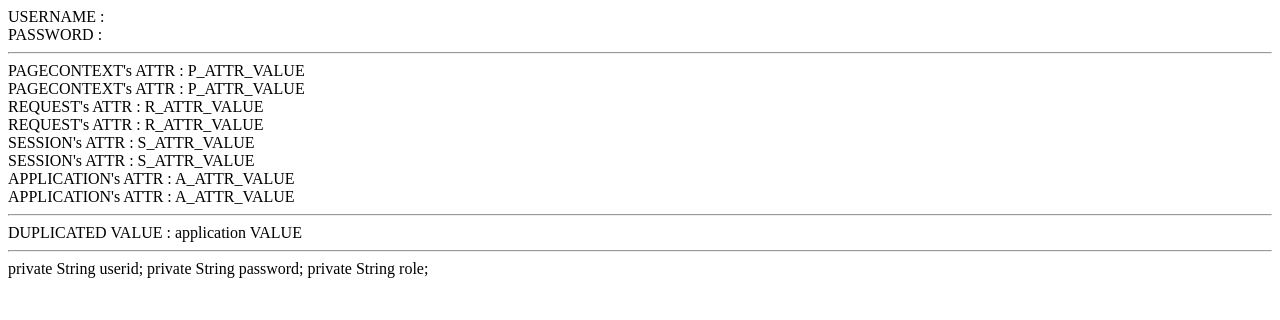
Repository: Leehj9094/JAVA_BOOK-
Page: http://localhost/01JSP/C08/01EL/result.jsp
An editor plug-in stored every save of this project. The page is shown before and after the next save, followed by the edit.
The browser window is 1280 px wide. The pictures show the whole page.
The page is served by Tomcat 9.

Above is the page before, as saved 2025-04-04 02:40:11.

After the next save:
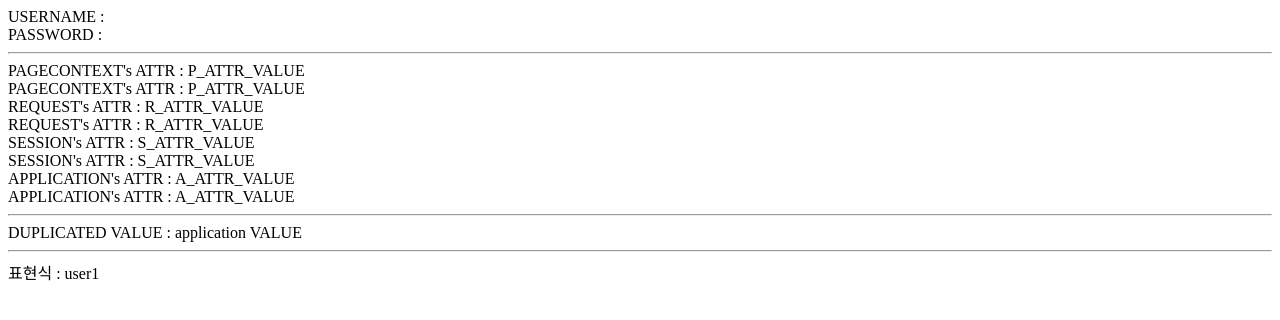
Saved 98 s later.
--- a/JSP/01JSP/src/main/webapp/C08/01EL/result.jsp
+++ b/JSP/01JSP/src/main/webapp/C08/01EL/result.jsp
@@ -57,10 +57,8 @@ APPLICATION's ATTR : ${applicationScope.A_ATTR}<br/>
 DUPLICATED VALUE : ${DUP}<br/>
 <hr/>
 
-private String userid;
-	private String password;
-	private String role;
-
+<!-- EL : OBJECT -->
+표현식 : <%=userDto.getUserid() %> <br/>
 
 </body>
 </html>
